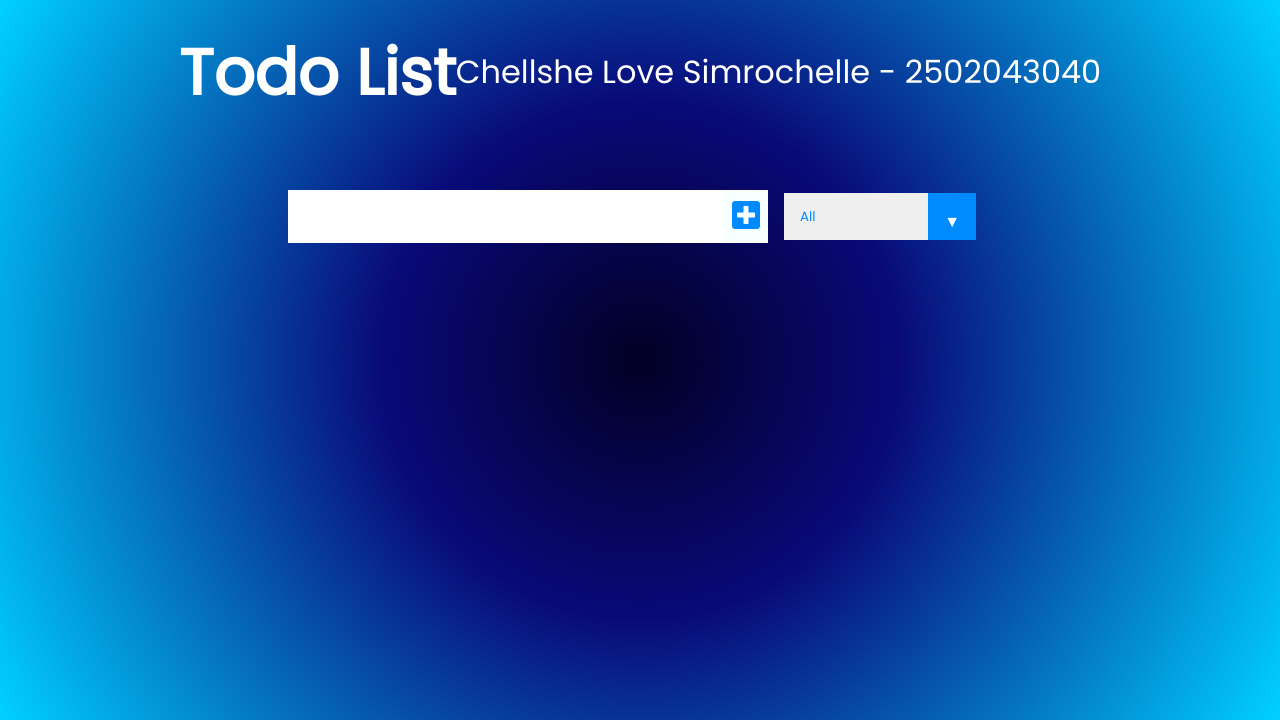
Repository: chellshelove/WADS_Assignment_TodoApp
Page: /
The author's editor kept a copy of each file at every save. The page is drawn from the files as they stood at one save, then again after the next save.
The browser window is 1280 px wide. The pictures show the whole page.
Some web libraries are served in a nearby version. The project was rebuilt for these pictures with package versions that can differ from the ones it lists, and the page was loaded fresh each time. Also part of the build but not shown: src/components/Todo.js.

Above is the page before, as saved 2023-03-09 23:44:18.

After the next save:
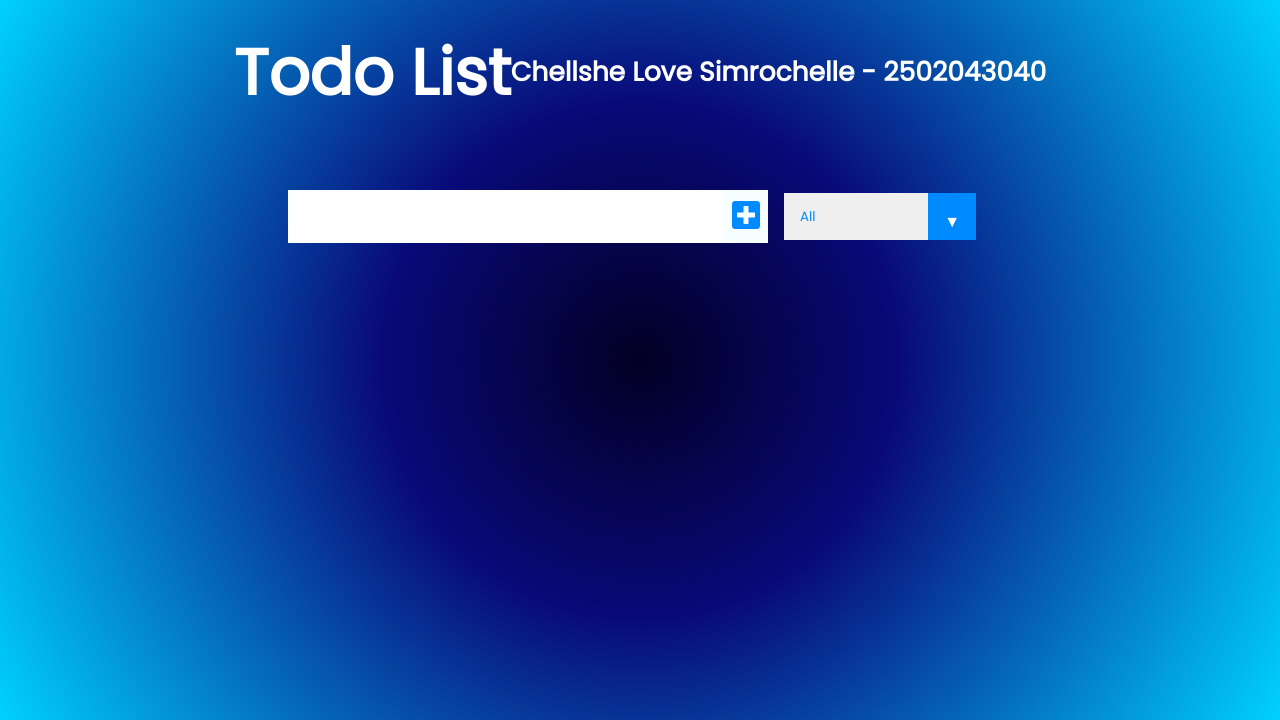
Saved 36 s later.
--- a/src/App.js
+++ b/src/App.js
@@ -38,7 +38,7 @@ function App() {
     <div className="todo-app">
       <header>
         <h1>Todo List</h1>
-        <p>Chellshe Love Simrochelle - 2502043040</p>
+        <h5>Chellshe Love Simrochelle - 2502043040</h5>
       </header>
       <Form
       inputText={inputText}
